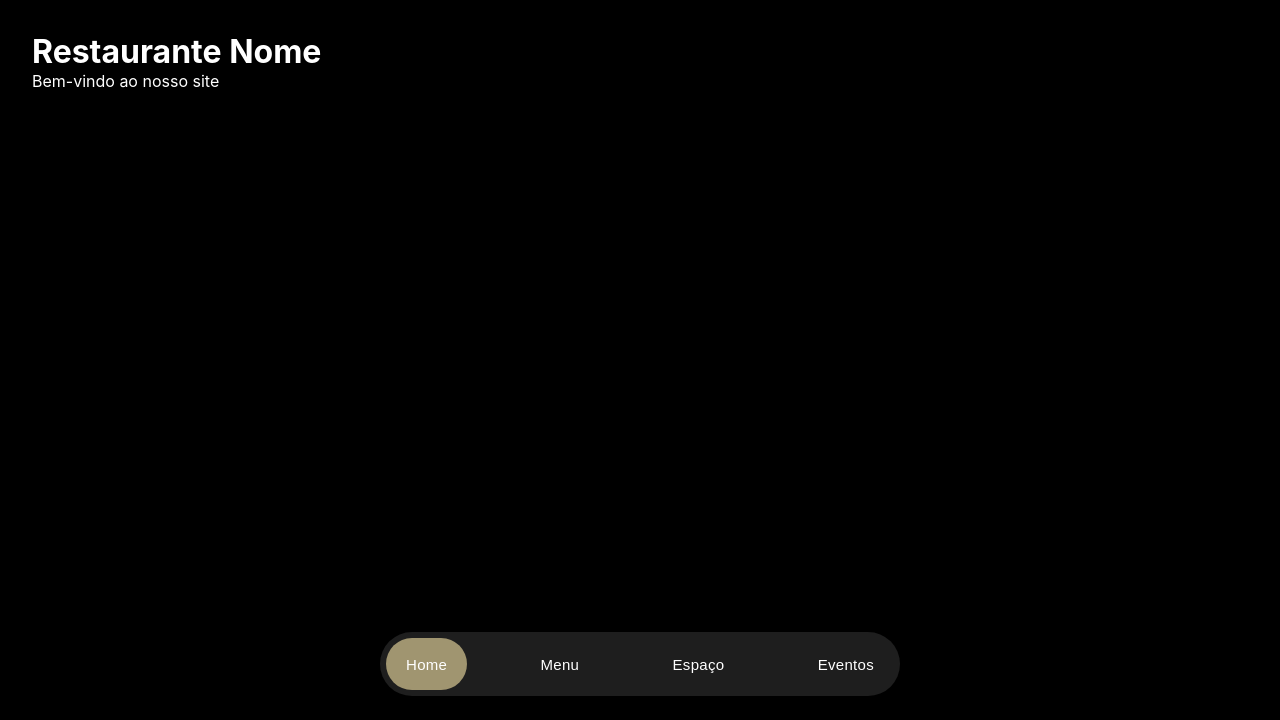
Repository: Fr4nc021/manzo
Page: /
An editor plug-in stored every save of this project. The page is shown before and after the next save, followed by the edit.
The browser window is 1280 px wide. The pictures show the whole page.
The project was rebuilt for these pictures with package versions that can differ from the ones it lists, and the page was loaded fresh each time. Also part of the build but not shown: vite.config.ts.

Above is the page before, as saved 2026-01-21 11:21:06.

After the next save:
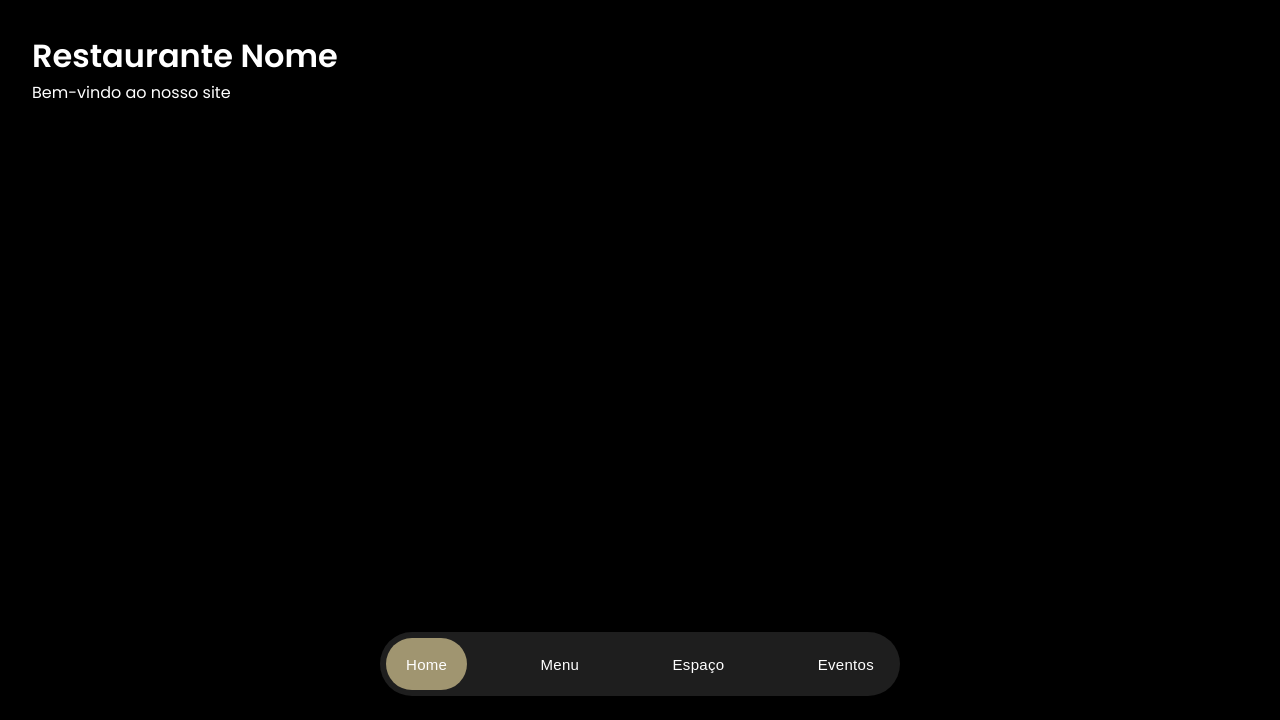
Saved 54 s later.
--- a/index.html
+++ b/index.html
@@ -2,7 +2,12 @@
 <html lang="en">
   <head>
     <meta charset="UTF-8" />
-    <link rel="icon" type="image/svg+xml" href="/vite.svg" />
+    <link rel="preconnect" href="https://fonts.googleapis.com" />
+<link rel="preconnect" href="https://fonts.gstatic.com" crossorigin />
+<link
+  href="https://fonts.googleapis.com/css2?family=Poppins:wght@400;500;600&display=swap"
+  rel="stylesheet"
+/>
     <meta name="viewport" content="width=device-width, initial-scale=1.0" />
     <title>Landing Page Manzo</title>
   </head>
